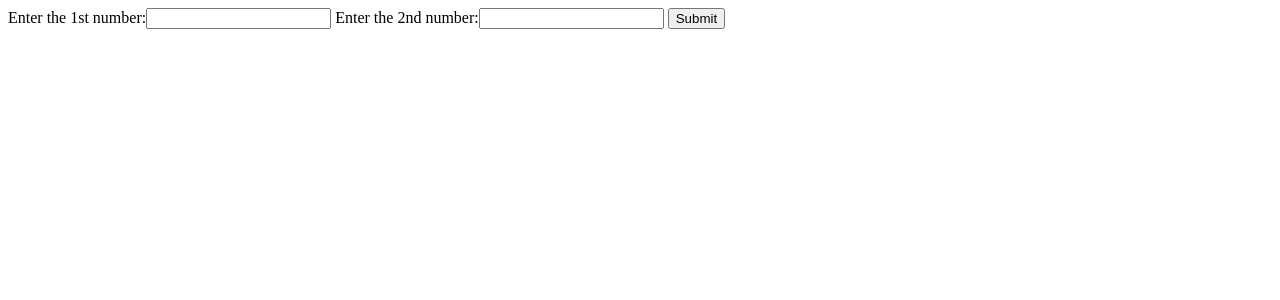
Repository: Tarun-raj1999/MyProjects
Page: Projects/AJproject2/src/main/webapp/index.html
An editor plug-in stored every save of this project. The page is shown before and after the next save, followed by the edit.
The browser window is 1280 px wide. The pictures show the whole page.

Above is the page before, as saved 2024-07-11 09:23:07.

### Projects/AJproject2/src/main/webapp/index.html
<!DOCTYPE html>
<html>
<head>
<meta charset="UTF-8">
<title>Insert title here</title>
</head>
<body>
<form action="add" method="post">
Enter the 1st number:<input type="text" name="num1"/>
Enter the 2nd number:<input type="text" name="num2"/>
<input type="submit">
</form>

</body>
</html>

After the next save:
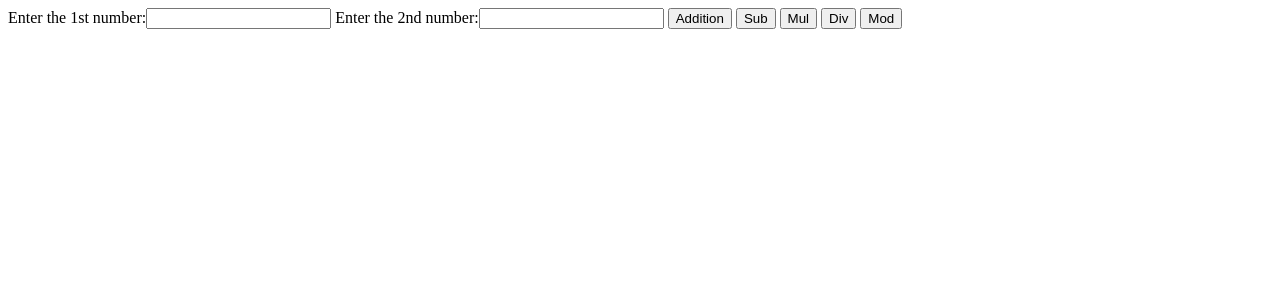
Saved 45 s later.
--- a/Projects/AJproject2/src/main/webapp/index.html
+++ b/Projects/AJproject2/src/main/webapp/index.html
@@ -8,7 +8,12 @@
 <form action="add" method="post">
 Enter the 1st number:<input type="text" name="num1"/>
 Enter the 2nd number:<input type="text" name="num2"/>
-<input type="submit">
+<button type="submit" id="Add">Addition</button>
+<button type="submit" id="Sub">Sub</button>
+<button type="submit" id="Mul">Mul</button>
+<button type="submit" id="div">Div</button>
+<button type="submit" id="Mod">Mod</button>
+
 </form>
 
 </body>
